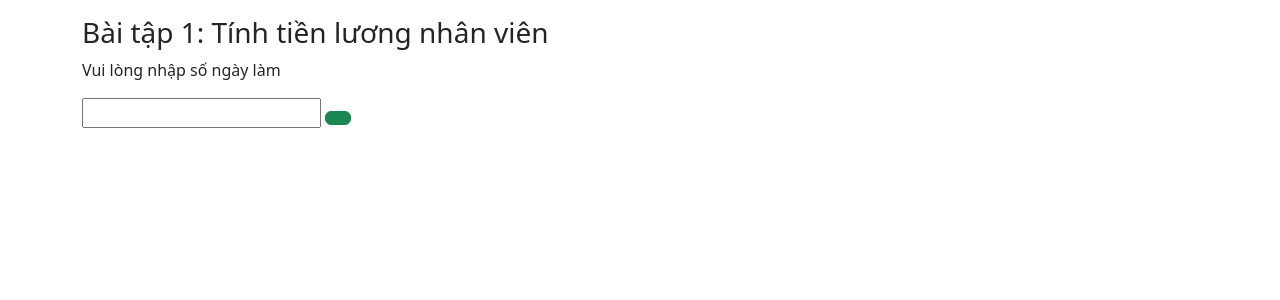
Repository: hcozyph/TranHuuPhuoc_BC43_BT_JS_Buoi2
Page: index.html
The author's editor kept a copy of each file at every save. The page is drawn from the files as they stood at one save, then again after the next save.
The browser window is 1280 px wide. The pictures show the whole page.

Above is the page before, as saved 2023-01-21 19:58:47.

After the next save:
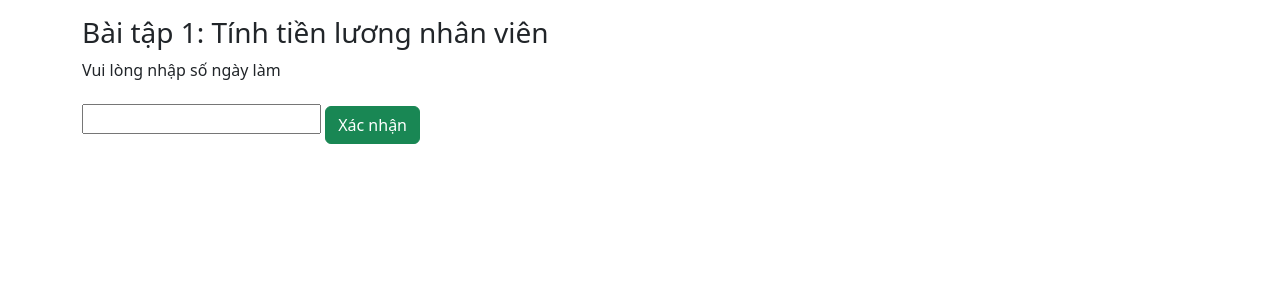
Saved 27 s later.
--- a/index.html
+++ b/index.html
@@ -36,7 +36,9 @@
                 <h1 class="fs-3 mt-3">Bài tập 1: Tính tiền lương nhân viên</h1>
                 <p>Vui lòng nhập số ngày làm</p>
                 <input type="send" />
-                <button class="btn btn-success mt-2" id="btnNhapSo"></button>
+                <button class="btn btn-success mt-2" id="btnNhapSo">
+                    Xác nhận
+                </button>
             </div>
         </div>
 
